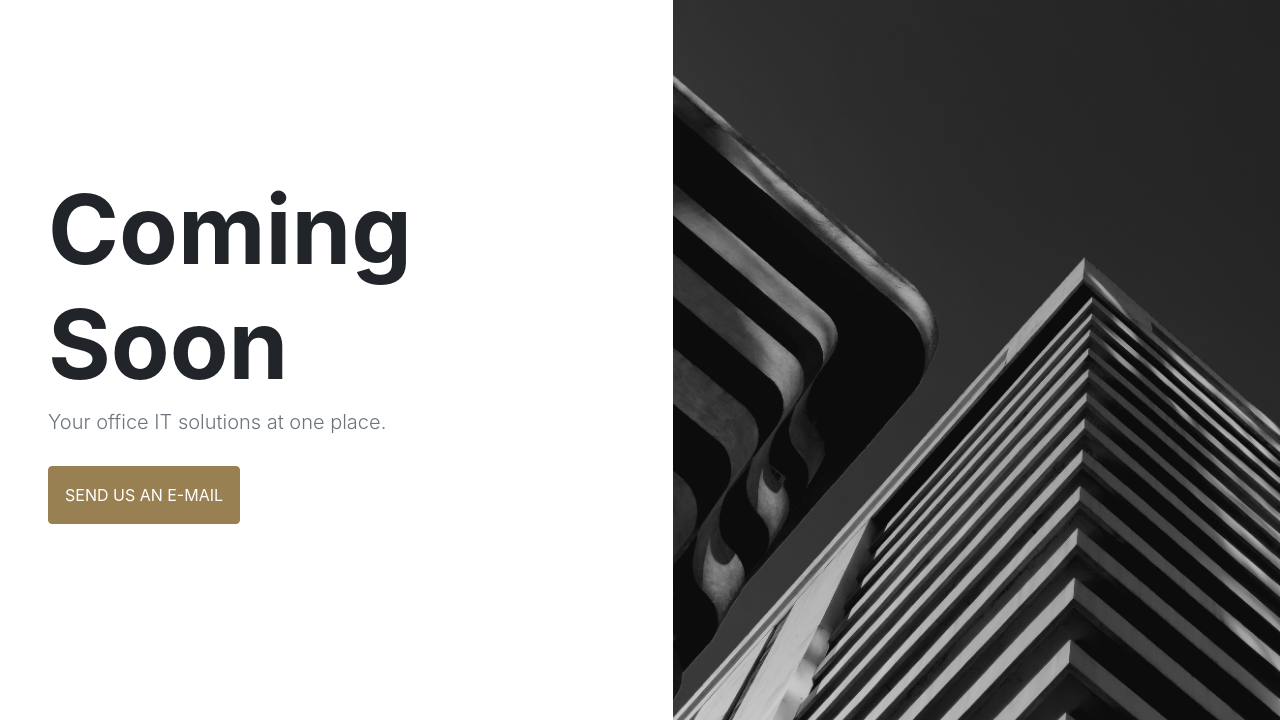
Repository: Thekxgh/website
Page: /
These files come from the project's save history. The page is drawn as it stood at one moment and after the next save; the edit follows.
The browser window is 1280 px wide. The pictures show the whole page.
The project was rebuilt for these pictures with package versions that can differ from the ones it lists, and the page was loaded fresh each time.

Above is the page before, as saved 2021-07-14 10:08:27.

### src/index.scss
$primary: #998053;
$dark: #050507;
$light-primary-bg: #DDDEE7;
$light-primary: #DDDEE7;
$theme-colors: (
    "primary": $primary,
    "info": $light-primary,
    "danger": teal,
    "dark": $dark
);

@import '~bootstrap/scss/bootstrap.scss';

.side-img{
 background: linear-gradient(to right, rgba(0, 0, 0, 0.2), rgba(0, 0, 0, 0.2) ), url('./assets/img/background.jpg') no-repeat;
 background-size: cover;
 min-height: 100vh;
}

### src/App.tsx
import React from 'react';
import { LandingPage } from './presentation/LandingPage';

function App() {
  return (
    <LandingPage />
  );
}

export default App;

### src/presentation/LandingPage.tsx
import { Col, Container, Row } from "react-bootstrap"

export const LandingPage = () => {
    return (
    <Container fluid>
        <Row className="min-vh-100 align-items-center">
            <Col className="p-5">
                <h1 className="display-1 font-weight-bold">Coming Soon</h1>
                <h5 className="text-muted font-weight-light">Your office IT solutions at one place.</h5>
                <a className="btn btn-primary p-3 my-4" href="mailto:contact@thekxgh.com"> SEND US AN E-MAIL </a>
            </Col>
            <Col className="side-img min-vh-100"></Col>
        </Row>
    </Container>
    );
}

Loaded but not shown: public/index.html (common file); src/index.tsx (common file)

After the next save:
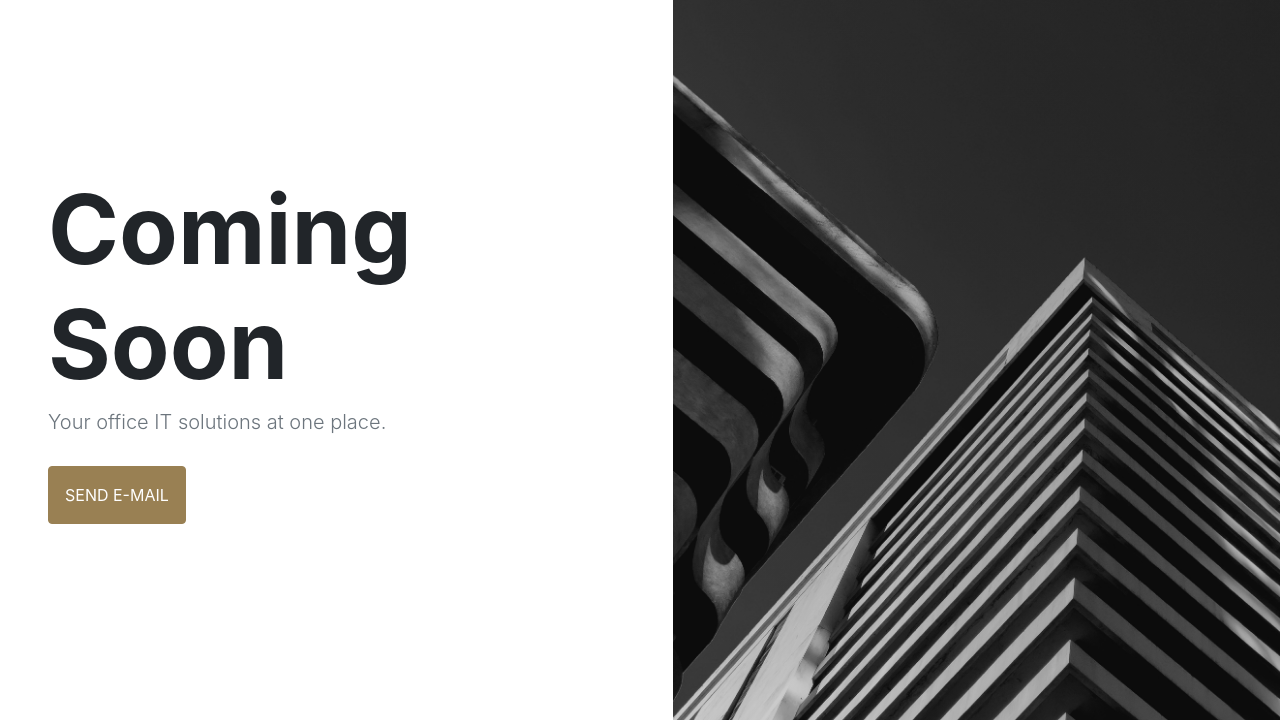
Saved 7 s later.
--- a/src/presentation/LandingPage.tsx
+++ b/src/presentation/LandingPage.tsx
@@ -7,7 +7,7 @@ export const LandingPage = () => {
             <Col className="p-5">
                 <h1 className="display-1 font-weight-bold">Coming Soon</h1>
                 <h5 className="text-muted font-weight-light">Your office IT solutions at one place.</h5>
-                <a className="btn btn-primary p-3 my-4" href="mailto:contact@thekxgh.com"> SEND US AN E-MAIL </a>
+                <a className="btn btn-primary p-3 my-4" href="mailto:contact@thekxgh.com"> SEND E-MAIL </a>
             </Col>
             <Col className="side-img min-vh-100"></Col>
         </Row>
